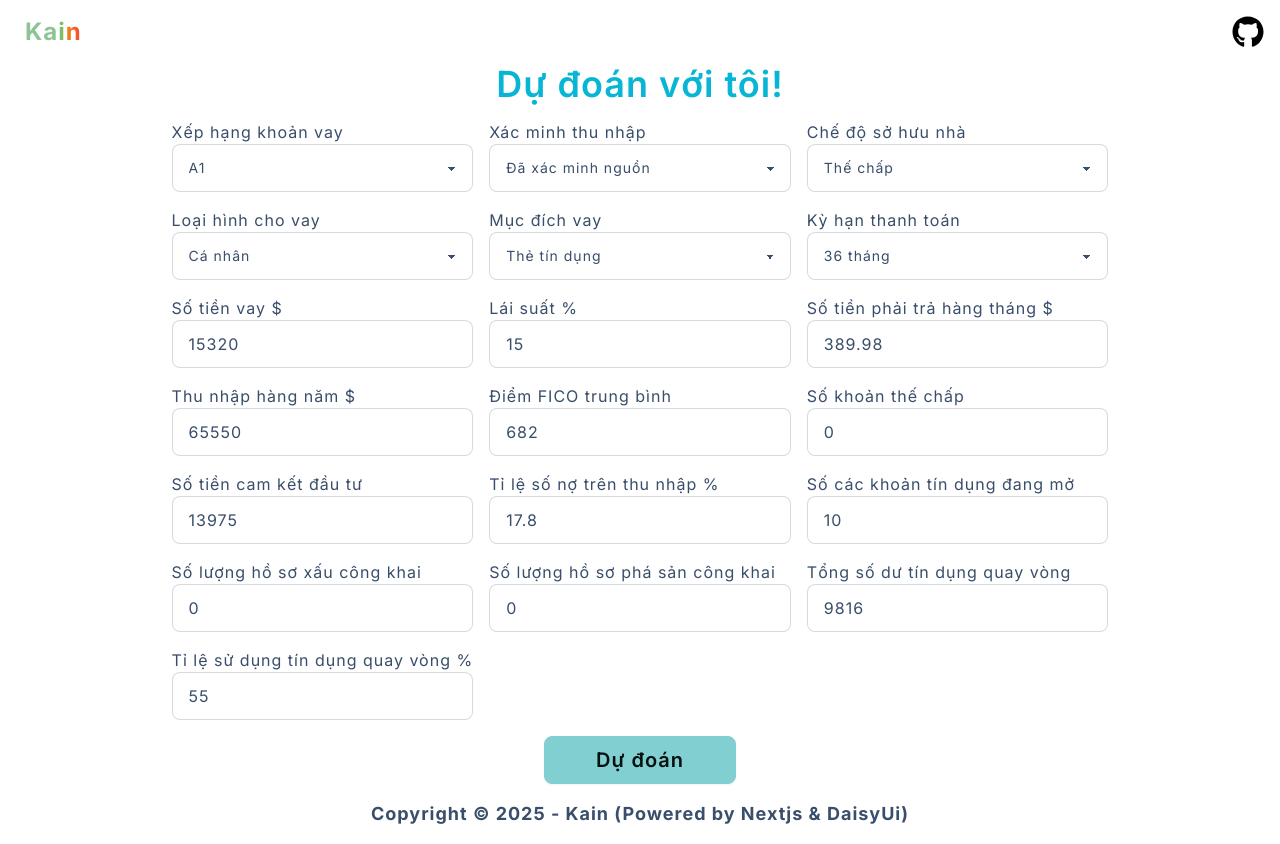
Repository: AzenKain/Loan-Predict-Group-4
Page: / (app in front-end/)
The author's editor kept a copy of each file at every save. The page is drawn from the files as they stood at one save, then again after the next save.
The browser window is 1280 px wide. The pictures show the whole page.
The project was rebuilt for these pictures with package versions that can differ from the ones it lists, and the page was loaded fresh each time. The framework's server and built-in components were replaced by stand-ins that run in the browser. Also part of the build but not shown: front-end/next.config.mjs.

Above is the page before, as saved 2025-03-19 00:48:04.

### front-end/src/app/layout.tsx
"use client";
import { Inter } from "next/font/google";
import "./globals.css";
const inter = Inter({ subsets: ["latin"] });

export default function RootLayout({
  children,
}: Readonly<{
  children: React.ReactNode;
}>) {
  return (
    <html data-theme="winter" lang="en">
      <head>
        <title>Lending club predict</title>
        <meta name='description' content='Description' />
        <link rel="apple-touch-icon.png" sizes="180x180" href="/apple-touch-icon.png" />
        <link rel="icon" type="x-icon" sizes="16x16" href="/favicon.ico" />
      </head>

      <body className={inter.className}>
        <div className="body">
          {children}
        </div>
      </body>

    </html>
  );
}

### front-end/src/app/page.tsx
"use client";

import axios from "axios";
import Image from "next/image";
import Link from "next/link";
import { useState } from "react";

export default function InputForm() {
  const [annualInc, setAnnualInc] = useState<number>(65550);
  const [pubRec, setPubRec] = useState<number>(0);
  const [ficoAvg, setFicoAvg] = useState<number>(682);
  const [subGrade, setSubGrade] = useState<string>("A1");
  const [homeOwnership, setHomeOwnership] = useState<string>("MORTGAGE");
  const [applicationType, setApplicationType] = useState<string>("Individual");
  const [loanAmnt, setLoanAmnt] = useState<number>(15320);
  const [mortAcc, setMortAcc] = useState<number>(0);
  const [intRate, setIntRate] = useState<number>(15);
  const [installment, setInstallment] = useState<number>(389.98);
  const [fundedAmntInv, setFundedAmntInv] = useState<number>(13975);
  const [dti, setDti] = useState<number>(17.8);
  const [openAcc, setOpenAcc] = useState<number>(10);
  const [pubRecBankruptcies, setPubRecBankruptcies] = useState<number>(0);
  const [purpose, setPurpose] = useState<string>("debt_consolidation");
  const [term, setTerm] = useState<number>(36);
  const [revolBal, setRevolBal] = useState<number>(9816);
  const [revolUtil, setRevolUtil] = useState<number>(55);
  const [verificationStatus, setVerificationStatus] = useState<string>("Source Verified");
  const [isLoading, setIsLoading] = useState<boolean>(true)
  const [data, setData] = useState<Record<string, number>>({})

  const validateForm = () => {

    if (isNaN(annualInc) || annualInc <= 0) return "Thu nhập hàng năm không phải là một số lớn hơn 0.";
    if (isNaN(pubRec) || pubRec < 0) return "Số hồ sơ công khai không phải là một số không âm.";
    if (isNaN(ficoAvg) || ficoAvg < 0 || ficoAvg > 850) return "Fico average phải là một số trong khoảng 0-850.";
    if (isNaN(loanAmnt) || loanAmnt <= 0) return "Số tiền vay phải là một số lớn hơn 0.";
    if (isNaN(mortAcc) || mortAcc < 0) return "Số tài khoản thế chấp phải là một số không âm.";
    if (isNaN(fundedAmntInv) || fundedAmntInv <= 0) return "Số tiền đầu tư phải là một số lớn hơn 0.";
    if (isNaN(dti) || dti < 0) return "Debt-to-income ratio phải là một số không âm.";
    if (isNaN(openAcc) || openAcc < 0) return "Số tài khoản mở không phải là một số không âm.";
    if (isNaN(pubRecBankruptcies) || pubRecBankruptcies < 0) return "Số hồ sơ phá sản không phải là một số không âm.";
    if (isNaN(revolBal) || revolBal < 0) return "Số dư thẻ tín dụng không phải là một số không âm.";
    if (isNaN(revolUtil) || revolUtil < 0) return "Tỷ lệ sử dụng tín dụng phải là một số trong khoảng 0-100.";
    if (isNaN(intRate) || intRate < 0) return "Lái suất cho vay không phải là một số không âm.";
    if (isNaN(installment) || installment < 0) return "Số tiền phải trả không phải là một số không âm.";

    return null;
  };

  const handleSubmit = async () => {

    const errorMessage = validateForm();
    if (errorMessage) {
      alert(errorMessage);
      return;
    }
    const modal = document.getElementById("my_modal_3") as HTMLDialogElement | null;
    if (modal) {
      modal.showModal();
    }
    const data = {
      annual_inc: annualInc,
      pub_rec: pubRec,
      fico: ficoAvg,
      sub_grade: subGrade,
      home_ownership: homeOwnership,
      application_type: applicationType,
      loan_amnt: loanAmnt,
      int_rate: intRate,
      installment: installment,
      mort_acc: mortAcc,
      funded_amnt_inv: fundedAmntInv,
      dti: dti,
      open_acc: openAcc,
      pub_rec_bankruptcies: pubRecBankruptcies,
      purpose: purpose,
      term: term,
      revol_bal: revolBal,
      revol_util: revolUtil,
      verification_status: verificationStatus,
    };

    try {
      setIsLoading(true)
      const response = await axios.post(
        `https://apilp.kain.id.vn/predict`,
        { ...data },
        {
          headers: {
            "Content-Type": "application/json",

          },
        },
      );
      setIsLoading(false)
      if (!response.data) {
        setData({})
        modal?.close()
        alert("Server không phản hồi!")
      }
      setData(response.data)
    } catch (error) {
      console.error("Error fetching user: ", error);
      modal?.close()
      setIsLoading(false)
      throw error;
    }
  };

  return (
    <div>
      <div className="navbar bg-base-100 top-0 z-10 fixed">
        <div className="flex-1">
          <a className="btn btn-ghost gap-0 text-[#8DC496] no-underline hover:no-underline font-bold text-2xl">
            Ka
            <span className="text-2xl font-bold bg-clip-text text-transparent bg-gradient-to-r from-green-400 via-orange-500 to-red-500">
              in
            </span>
          </a>
        </div>
        <div className="flex-none">

          <Link className='btn btn-ghost btn-circle' href={"https://github.com/AzenKain/Lending-club-predict"}>
            <svg className="w-8 h-8" xmlns="http://www.w3.org/2000/svg" viewBox="0 0 496 512"><path d="M165.9 397.4c0 2-2.3 3.6-5.2 3.6-3.3 .3-5.6-1.3-5.6-3.6 0-2 2.3-3.6 5.2-3.6 3-.3 5.6 1.3 5.6 3.6zm-31.1-4.5c-.7 2 1.3 4.3 4.3 4.9 2.6 1 5.6 0 6.2-2s-1.3-4.3-4.3-5.2c-2.6-.7-5.5 .3-6.2 2.3zm44.2-1.7c-2.9 .7-4.9 2.6-4.6 4.9 .3 2 2.9 3.3 5.9 2.6 2.9-.7 4.9-2.6 4.6-4.6-.3-1.9-3-3.2-5.9-2.9zM244.8 8C106.1 8 0 113.3 0 252c0 110.9 69.8 205.8 169.5 239.2 12.8 2.3 17.3-5.6 17.3-12.1 0-6.2-.3-40.4-.3-61.4 0 0-70 15-84.7-29.8 0 0-11.4-29.1-27.8-36.6 0 0-22.9-15.7 1.6-15.4 0 0 24.9 2 38.6 25.8 21.9 38.6 58.6 27.5 72.9 20.9 2.3-16 8.8-27.1 16-33.7-55.9-6.2-112.3-14.3-112.3-110.5 0-27.5 7.6-41.3 23.6-58.9-2.6-6.5-11.1-33.3 2.6-67.9 20.9-6.5 69 27 69 27 20-5.6 41.5-8.5 62.8-8.5s42.8 2.9 62.8 8.5c0 0 48.1-33.6 69-27 13.7 34.7 5.2 61.4 2.6 67.9 16 17.7 25.8 31.5 25.8 58.9 0 96.5-58.9 104.2-114.8 110.5 9.2 7.9 17 22.9 17 46.4 0 33.7-.3 75.4-.3 83.6 0 6.5 4.6 14.4 17.3 12.1C428.2 457.8 496 362.9 496 252 496 113.3 383.5 8 244.8 8zM97.2 352.9c-1.3 1-1 3.3 .7 5.2 1.6 1.6 3.9 2.3 5.2 1 1.3-1 1-3.3-.7-5.2-1.6-1.6-3.9-2.3-5.2-1zm-10.8-8.1c-.7 1.3 .3 2.9 2.3 3.9 1.6 1 3.6 .7 4.3-.7 .7-1.3-.3-2.9-2.3-3.9-2-.6-3.6-.3-4.3 .7zm32.4 35.6c-1.6 1.3-1 4.3 1.3 6.2 2.3 2.3 5.2 2.6 6.5 1 1.3-1.3 .7-4.3-1.3-6.2-2.2-2.3-5.2-2.6-6.5-1zm-11.4-14.7c-1.6 1-1.6 3.6 0 5.9 1.6 2.3 4.3 3.3 5.6 2.3 1.6-1.3 1.6-3.9 0-6.2-1.4-2.3-4-3.3-5.6-2z" /></svg>
          </Link>


        </div>
      </div>
      <div className="flex flex-col justify-center items-center mx-4 md:mx-8 lg:mx-24 mt-16">

        <div className="text-4xl mb-4 font-semibold text-cyan-500"> Dự đoán với tôi! </div>

        <div className="grid grid-cols-2 lg:grid-cols-3 gap-4">

          <div>
            <label className="block">Xếp hạng khoản vay</label>
            <select
              value={subGrade}
              onChange={(e) => setSubGrade(e.target.value)}
              className="select select-bordered w-full"
            >
              <option value="" disabled>
                Chọn xếp hạng
              </option>
              {[
                'A1', 'A2', 'A3', 'A4', 'A5',
                'B1', 'B2', 'B3', 'B4', 'B5',
                'C1', 'C2', 'C3', 'C4', 'C5',
                'D1', 'D2', 'D3', 'D4', 'D5',
                'E1', 'E2', 'E3', 'E4', 'E5',
                'F1', 'F2', 'F3', 'F4', 'F5',
                'G1', 'G2', 'G3', 'G4', 'G5'
              ].map((grade) => (
                <option key={grade} value={grade}>
                  {grade}
                </option>
              ))}
            </select>
          </div>
          <div>
            <label className="block">Xác minh thu nhập</label>
            <select
              value={verificationStatus}
              onChange={(e) => setVerificationStatus(e.target.value)}
              className="select select-bordered w-full"
            >
              <option value="" disabled>
                Chọn trạng thái xác minh
              </option>
              <option value="Source Verified">Đã xác minh nguồn</option>
              <option value="Not Verified">Chưa xác minh</option>
              <option value="Verified">Đã xác minh</option>
            </select>
          </div>

          <div>
            <label className="block">Chế độ sở hưu nhà</label>
            <select
              value={homeOwnership}
              onChange={(e) => setHomeOwnership(e.target.value)}
              className="select select-bordered w-full"
            >
              <option value="" disabled>
                Chọn chế độ sở hữu
              </option>
              <option value="MORTGAGE">Thế chấp</option>
              <option value="RENT">Thuê</option>
              <option value="OWN">Sở hữu</option>
              <option value="OTHER">Khác</option>
            </select>
          </div>

          <div>
            <label className="block">Loại hình cho vay</label>
            <select
              value={applicationType}
              onChange={(e) => setApplicationType(e.target.value)}
              className="select select-bordered w-full"
            >
              <option value="" disabled>
                Chọn loại hình
              </option>
              <option value="Individual">Cá nhân</option>
              <option value="Joint App">Tập thể</option>
            </select>
          </div>
          <div>
            <label className="block">Mục đích vay</label>
            <select
              value={purpose}
              onChange={(e) => setPurpose(e.target.value)}
              className="select select-bordered w-full"
            >
              <option value="" disabled>
                Chọn mục đích vay
              </option>
              <option value="credit_card">Thẻ tín dụng</option>
              <option value="home_improvement">Cải thiện nhà</option>
              <option value="major_purchase">Mua sắm lớn</option>
              <option value="medical">Y tế</option>
              <option value="small_business">Kinh doanh nhỏ</option>
              <option value="car">Mua xe</option>
              <option value="vacation">Kỳ nghỉ</option>
              <option value="moving">Chuyển nhà</option>
              <option value="house">Nhà</option>
              <option value="wedding">Đám cưới</option>
              <option value="renewable_energy">Năng lượng tái tạo</option>
              <option value="educational">Giáo dục</option>
              <option value="other">Khác</option>
            </select>
          </div>


          <div>
            <label className="block">Kỳ hạn thanh toán</label>
            <select
              value={term}
              onChange={(e) => setTerm(parseInt(e.target.value))}
              className="select select-bordered w-full"
            >
              <option value="" disabled>
                Kỳ hạn thanh toán
              </option>
              <option value="36">36 tháng</option>
              <option value="60">60 tháng</option>
            </select>
          </div>

          <div>
            <label className="block">Số tiền vay $</label>
            <input
              type="text"
              value={loanAmnt}
              onChange={(e) => setLoanAmnt(parseFloat(e.target.value))}
              className="input input-bordered w-full"
              placeholder="Enter loan amount"
            />
          </div>
          <div>
            <label className="block">Lái suất %</label>
            <input
              type="text"
              value={intRate}
              onChange={(e) => setIntRate(parseFloat(e.target.value))}
              className="input input-bordered w-full"
              placeholder="Enter loan amount"
            />
          </div>
          <div>
            <label className="block">Số tiền phải trả hàng tháng $</label>
            <input
              type="text"
              value={installment}
              onChange={(e) => setInstallment(parseFloat(e.target.value))}
              className="input input-bordered w-full"
              placeholder="Enter loan amount"
            />
          </div>
          <div>
            <label className="block">Thu nhập hàng năm $</label>
            <input
              type="number"
              value={annualInc}
              onChange={(e) => setAnnualInc(parseFloat(e.target.value))}
              className="input input-bordered w-full"
              placeholder="Enter your annual income"
            />
          </div>

          <div>
            <label className="block">Điểm FICO trung bình</label>
            <input
              type="number"
              value={ficoAvg}
              onChange={(e) => setFicoAvg(parseFloat(e.target.value))}
              className="input input-bordered w-full"
              placeholder="Enter FICO score"
            />
          </div>

          <div>
            <label className="block">Số khoản thế chấp</label>
            <input
              type="number"
              value={mortAcc}
              onChange={(e) => setMortAcc(parseInt(e.target.value))}
              className="input input-bordered w-full"
              placeholder="Enter mort accounts"
            />
          </div>

          <div>
            <label className="block">Số tiền cam kết đầu tư</label>
            <input
              type="number"
              value={fundedAmntInv}
              onChange={(e) => setFundedAmntInv(parseFloat(e.target.value))}
              className="input input-bordered w-full"
              placeholder="Enter funded amount invested"
            />
          </div>

          <div>
            <label className="block">Tỉ lệ số nợ trên thu nhập %</label>
            <input
              type="number"
              value={dti}
              onChange={(e) => setDti(parseFloat(e.target.value))}
              className="input input-bordered w-full"
              placeholder="Enter debt-to-income ratio"
            />
          </div>

          <div>
            <label className="block">Số các khoản tín dụng đang mở</label>
            <input
              type="number"
              value={openAcc}
              onChange={(e) => setOpenAcc(parseInt(e.target.value))}
              className="input input-bordered w-full"
              placeholder="Enter open accounts"
            />
          </div>
          <div>
            <label className="block">Số lượng hồ sơ xấu công khai</label>
            <input
              type="number"
              value={pubRec}
              onChange={(e) => setPubRec(parseInt(e.target.value))}
              className="input input-bordered w-full"
              placeholder="Enter public records count"
            />
          </div>

          <div>
            <label className="block">Số lượng hồ sơ phá sản công khai</label>
            <input
              type="number"
              value={pubRecBankruptcies}
              onChange={(e) => setPubRecBankruptcies(parseInt(e.target.value))}
              className="input input-bordered w-full"
              placeholder="Enter public record bankruptcies"
            />
          </div>



          <div>
            <label className="block">Tổng số dư tín dụng quay vòng</label>
            <input
              type="number"
              value={revolBal}
              onChange={(e) => setRevolBal(parseFloat(e.target.value))}
              className="input input-bordered w-full"
              placeholder="Enter revolving balance"
            />
          </div>

          <div>
            <label className="block">Tỉ lệ sử dụng tín dụng quay vòng %</label>
            <input
              type="number"
              value={revolUtil}
              onChange={(e) => setRevolUtil(parseFloat(e.target.value))}
              className="input input-bordered w-full"
              placeholder="Enter revolving utilization"
            />
          </div>
        </div>
        <div onClick={async () => await handleSubmit()} className="btn btn-success mt-4 w-48 text-xl">
          Dự đoán
        </div>
        <dialog id="my_modal_3" className="modal">
          <div className="modal-box bg-white shadow-lg p-8 rounded-lg max-w-md">
            <form method="dialog">
              <button className="btn btn-sm btn-error btn-circle border absolute right-4 top-4 text-gray-500 hover:text-gray-800">
                ✕
              </button>
            </form>
            <h3 className="font-bold text-2xl text-center text-cyan-500 mb-6">Dự đoán!</h3>
            {isLoading ? (
              <>
                <p className="py-4 text-xl text-gray-700 text-center">Chờ mình chút nhé!</p>
                <div className="relative flex justify-center items-center">
                  <div className="absolute animate-spin rounded-full h-32 w-32 border-t-4 border-b-4 border-purple-500"></div>
                  <Image
                    src="https://www.svgrepo.com/show/509003/avatar-thinking-6.svg"
                    width={220}
                    height={220}
                    alt="Loading"
                    className="rounded-full h-28 w-28"
                  />
                </div>
              </>
            ) : (
              <>
                <div className="text-xl  text-gray-800">
                  <div className="mb-4">
                    {data["xgb_prediction"] < 0.5 ? (
                      <span className="text-red-600 font-semibold">Người vay có thể không trả được nợ!</span>
                    ) : (
                      <span className="text-green-600 font-semibold">Người vay có thể trả được nợ!</span>
                    )}
                  </div>

                </div>
              </>
            )}
          </div>
        </dialog>

      </div>
      <div>
        <footer className="footer footer-center bg-base-300 text-base-content p-4 bg-transparent">
          <aside>
            <p className='font-bold text-lg'>Copyright © {new Date().getFullYear()} -  Kain (Powered by Nextjs & DaisyUi)</p>
          </aside>
        </footer>

      </div>
    </div>
  );
}

### front-end/src/app/globals.css
@tailwind base;
@tailwind components;
@tailwind utilities;


@layer utilities {
    .text-balance {
        text-wrap: balance;
    }

    html {
        scroll-behavior: smooth;
    }

    * {
        scrollbar-width: thin;
        letter-spacing: 1px;
        font-weight: 400
    }

    .hover-up {
        transition: transform 0.5s ease;
        transform: translateY(0);
    }

    .hover-up:hover {
        transform: translateY(-3px) translateX(-1px);
        filter: drop-shadow(2px 2px 3px #E7E7E7);
    }

    .luxuriousFont {
        font-family: 'Luxurious Roman', serif;
        font-weight: 700;
    }

    .dancingScript {
        font-family: 'Dancing Script', serif;
        font-weight: 700
    }


    .expand-background {
        position: relative;
        z-index: 1;
    }

    .expand-background::before {
        content: "";
        position: absolute;
        top: 50%;
        left: 50%;
        width: 0;
        height: 100%;
        transform: translate(-50%, -50%) scaleX(0);
        transform-origin: center;
        transition: transform 1s ease;
        z-index: -1;
    }

    .expand-background:hover{
        @apply text-base-100;
    }


    .expand-background:hover::before {
        @apply bg-base-content;
        width: 100%;
        transform: translate(-50%, -50%) scaleX(1);
    }

}

### front-end/tailwind.config.ts
import type { Config } from "tailwindcss";

const config: Config = {
  content: [
    "./src/pages/**/*.{js,ts,jsx,tsx,mdx}",
    "./src/components/**/*.{js,ts,jsx,tsx,mdx}",
    "./src/app/**/*.{js,ts,jsx,tsx,mdx}",
  ],
  darkMode: 'selector',
  daisyui: {
    themes: ["winter"],
  },
  plugins: [
    require('daisyui'),
  ],
};
export default config;

After the next save:
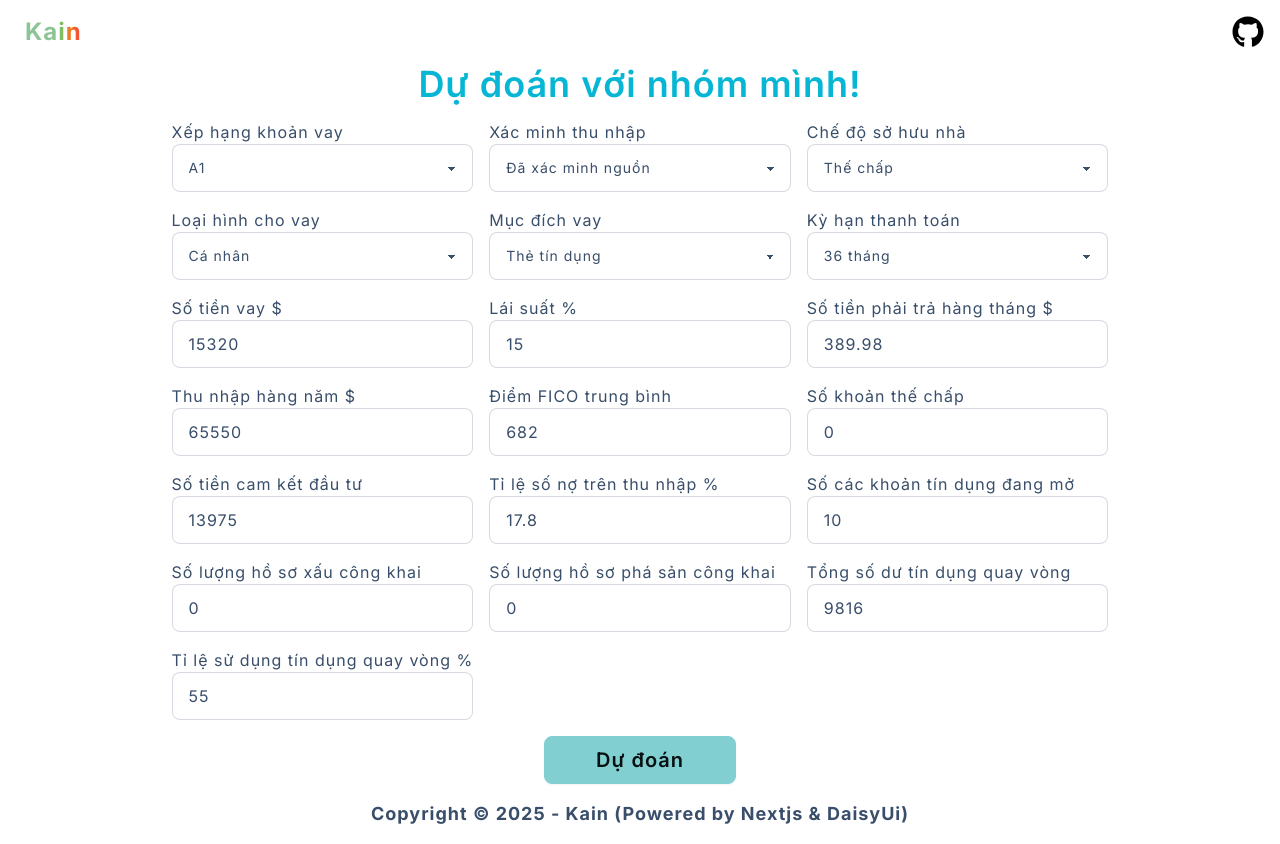
Saved 32 s later.
--- a/front-end/src/app/page.tsx
+++ b/front-end/src/app/page.tsx
@@ -129,7 +129,7 @@ export default function InputForm() {
       </div>
       <div className="flex flex-col justify-center items-center mx-4 md:mx-8 lg:mx-24 mt-16">
 
-        <div className="text-4xl mb-4 font-semibold text-cyan-500"> Dự đoán với tôi! </div>
+        <div className="text-4xl mb-4 font-semibold text-cyan-500"> Dự đoán với nhóm mình! </div>
 
         <div className="grid grid-cols-2 lg:grid-cols-3 gap-4">
 
